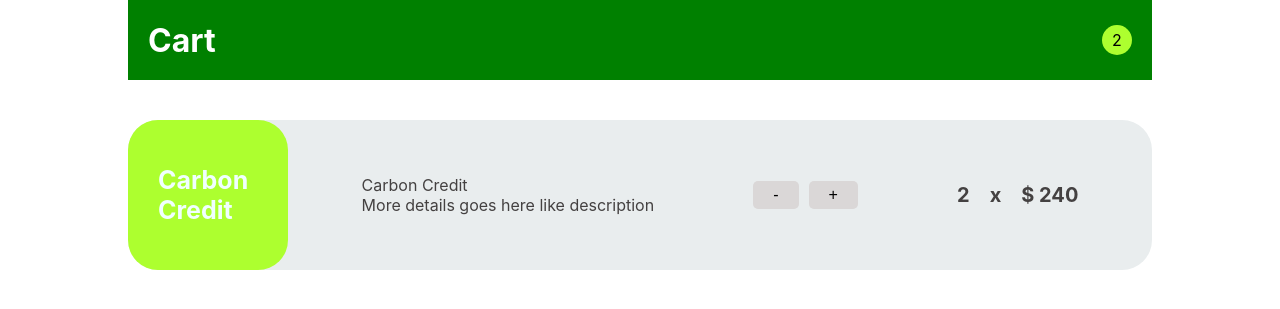
Repository: Yowani24/CarbonApp
Page: /cart
These files come from the project's save history. The page is drawn as it stood at one moment and after the next save; the edit follows.
The browser window is 1280 px wide. The pictures show the whole page.
The project was rebuilt for these pictures with package versions that can differ from the ones it lists, and the page was loaded fresh each time. The framework's server and built-in components were replaced by stand-ins that run in the browser. Also part of the build but not shown: next.config.js.

Above is the page before, as saved 2021-09-26 20:53:50.

### pages/_app.js
import '../styles/globals.css'
import Cart from './cart';

function MyApp({ Component, pageProps }) {
  return (
    <>
      <Component {...pageProps} />
    </>
  );
}

export default MyApp

### pages/cart/index.js
import React from 'react';
import Head from 'next/head'

import styles from './Cart.module.css'

export default function Cart(props) {
    return (
        <>
          <Head>
              <title>Cart</title>
          </Head>
          <header>
              <div className={styles.interface}>
                    <div className={styles.header_content}>
                        <h1>Cart</h1>
                        <p>2</p>
                    </div>
              </div>
          </header>

          <section>
              <div className={styles.interface}>
                  <div className={styles.boxes}>
                      <div className={styles.content_box}>
                          <div className={styles.box}>
                              <h3>Carbon Credit</h3>
                          </div>

                          <div className={styles.product_details}>
                            <div className={styles.description}>
                                <p>Carbon Credit</p>
                                <p>More details goes here like description</p>
                            </div>

                            <div className={styles.quantity_controls}>
                                <button>-</button>
                                <button>+</button>
                            </div>

                            <div className={styles.current_money}>
                                <p>2</p>
                                <span>x</span>
                                <p>$ 240</p>
                            </div>
                          </div>
                      </div>
                  </div>
              </div>
          </section>
        </>
    )
}

### styles/globals.css
html,
body {
  padding: 0;
  margin: 0;
  font-family: -apple-system, BlinkMacSystemFont, Segoe UI, Roboto, Oxygen,
    Ubuntu, Cantarell, Fira Sans, Droid Sans, Helvetica Neue, sans-serif;
}

a {
  color: inherit;
  text-decoration: none;
}

* {
  margin: 0;
  box-sizing: border-box;
}

### pages/cart/Cart.module.css
.interface{
    width: 80%;
    margin: 0 auto;
}
.header_content{
    display: flex;
    justify-content: space-between;
    align-items: center;
    height: 80px;
    padding: 0 20px;
    background: green;
}
.header_content h1{
    color: #FFFFFF;
}
.header_content p{
    background: greenyellow;
    display: flex;
    justify-content: center;
    align-items:center;
    width: 30px;
    height: 30px;
    border-radius: 100%;
}


.boxes{
    margin-top: 40px;
}
.content_box{
    width: 100%;
    height: 150px;
    background:rgb(233, 237, 238);
    border-radius: 30px;

    display: flex;
    align-items:center;
}
.box{
    width: 160px;
    background: greenyellow;
    height: 100%;
    border-radius: 30px;

    display: flex;
    justify-content: center;
    align-items: center;
}
.box h3{
    font-size: 25px;
    width: 100px;
    color: azure;
}
.product_details{
    display: flex;
    justify-content: space-between;
    align-items: center;
    width: 70%;
    margin: 0 auto;
    color: hsl(0, 2%, 26%);
}
.quantity_controls button{
    border: none;
    padding: 5px 20px;
    margin: 0 5px;
    border-radius: 5px;
    font-size: 16px;
    background: rgb(218, 215, 215);
}
.quantity_controls button:active{
    background: rgb(207, 204, 204);
}
.current_money{
    display: flex;
    font-size: 20px;
    font-weight: bold;
}
.current_money span{
    padding: 0 20px;
}

After the next save:
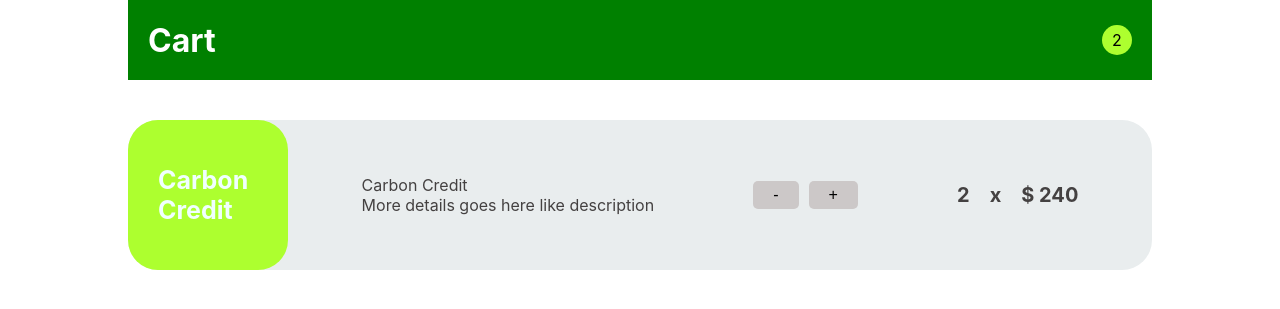
Saved 9 s later.
--- a/pages/cart/Cart.module.css
+++ b/pages/cart/Cart.module.css
@@ -65,7 +65,7 @@
     margin: 0 5px;
     border-radius: 5px;
     font-size: 16px;
-    background: rgb(218, 215, 215);
+    background: rgb(204, 200, 200);
 }
 .quantity_controls button:active{
     background: rgb(207, 204, 204);
